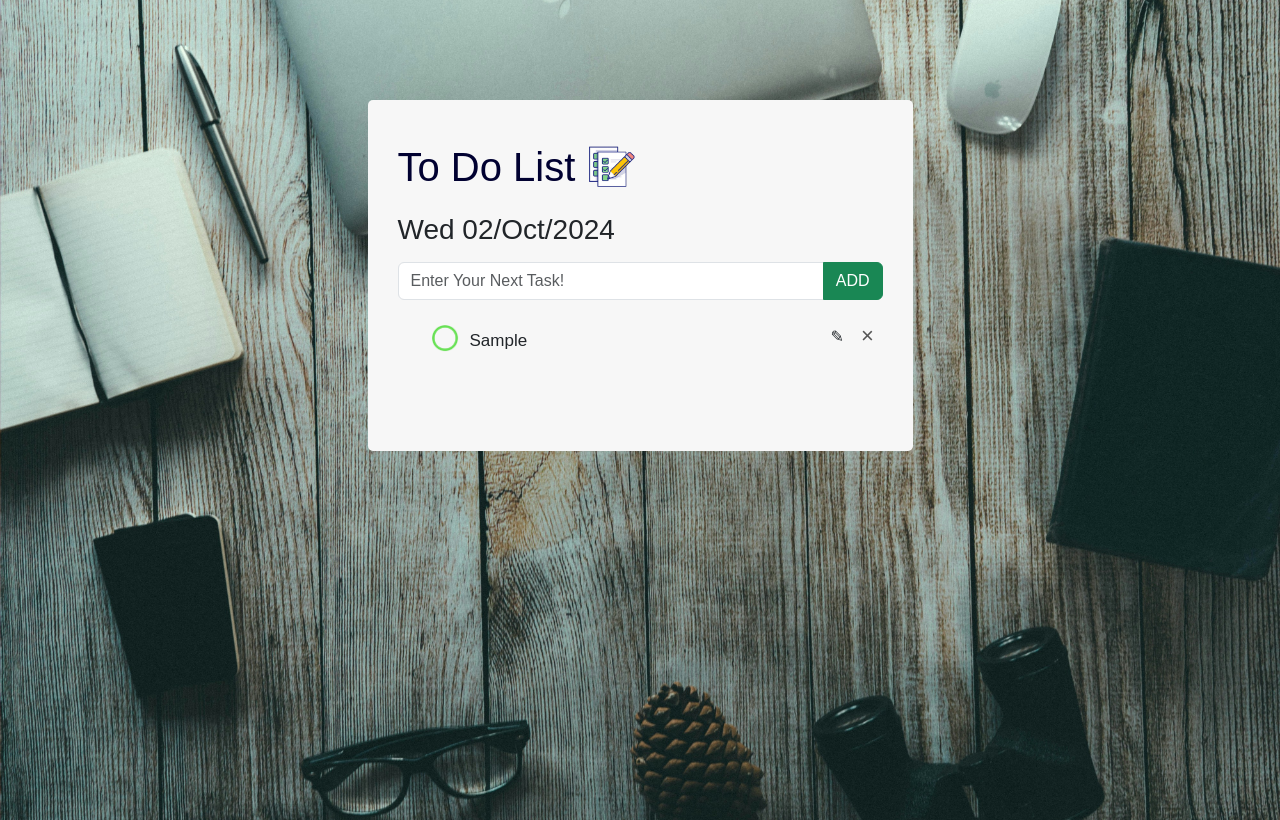
Repository: zeinawady/To_Do_List
Page: index.html
An editor plug-in stored every save of this project. The page is shown before and after the next save, followed by the edit.
The browser window is 1280 px wide. The pictures show the whole page.
Empty fields were first filled with sample values (such as "Sample", 5 or name@example.com).
After loading, the first visible `button.btn` was clicked once.

Above is the page before, as saved 2024-10-02 02:31:08.

### index.html
<!DOCTYPE html>
<html lang="en">

<head>
    <meta charset="UTF-8">
    <meta name="viewport" content="width=device-width, initial-scale=1.0">
    <title>To Do list</title>
    <link href="https://cdn.jsdelivr.net/npm/bootstrap@5.3.3/dist/css/bootstrap.min.css" rel="stylesheet" integrity="sha384-QWTKZyjpPEjISv5WaRU9OFeRpok6YctnYmDr5pNlyT2bRjXh0JMhjY6hW+ALEwIH" crossorigin="anonymous">
    <link rel="stylesheet" href="css/style.css">
</head>

<body>

    <div class="container">
        <div class="todo-app">
            <h1>To Do List <img src="images/todolistpng.png" alt="to-do-list" class="logo"></h1>
           <h3 id="date"></h3>
            <div class="input-group mb-3">
                <input type="text"  class="form-control" id="input-box" placeholder="Enter Your Next Task!" aria-label="Enter Your Next Task!" aria-describedby="button">
                <button class="btn btn-success" onclick="addTask()">ADD</button>

            </div>
            <ul id="list-container">
                <!-- <li class="checked">Task 0</li>
                <li>Task 1</li> -->
            </ul>
        </div>


    </div>
    <script src="https://cdn.jsdelivr.net/npm/bootstrap@5.3.3/dist/js/bootstrap.bundle.min.js" integrity="sha384-YvpcrYf0tY3lHB60NNkmXc5s9fDVZLESaAA55NDzOxhy9GkcIdslK1eN7N6jIeHz" crossorigin="anonymous"></script>
    <script src="script.js"></script>
</body>

</html>

### css/style.css
* {
    margin: 0;
    padding: 0;
    box-sizing: border-box;
    font-family: Arial, Helvetica, sans-serif;
}

:root {
    --font-color: rgb(1, 1, 49);
}

li {
    list-style: none;
}
body{
    background-image: url(../images/background3.jpg);
    background-position: center;
    background-size: cover;
    background-repeat: no-repeat;
    height: 100vh;
}


.todo-app {

    max-width: 545px;
    background-color: rgb(247, 247, 247);
    margin: 100px auto;
    padding: 40px 30px 70px;
    border-radius: 5px;
    transition: 0.5s;
}

.todo-app:hover {
    box-shadow: 4px 5px rgb(114, 114, 114);

}

.todo-app h1 {
    color: var(--font-color);
    display: flex;
    align-items: center;
    margin-bottom: 20px;

}
#date{
    margin-bottom: 15px;
}

.logo {
    width: 53px;
    margin-left: 10px;
}

.form {
    background-color: #efe2e2;
    border-radius: 10px;
}


ul li {
    position: relative;
    font-size: 17px;
    padding: 12px 2px 12px 40px;
    user-select: none;
    cursor: pointer;
}

ul li::before {
    content: '';
    position: absolute;
    height: 28px;
    width: 28px;
    border-radius: 50%;
    background-image: url(../images/unchecked.png);
    background-size: cover;
    background-position: center;
    left: 1px;
    top: 8px;
}

ul li.checked {
    color: #555;
    text-decoration: line-through;

}

ul li.checked::before {
    color: #666;
    background-image: url(../images/checked.png);
}

ul li span {
    position: absolute;
    right: 0;
    top: 5px;
    width: 30px;
    height: 30px;
    font-size: 22px;
    color: #555;
    line-height: 30px;
    text-align: center;
    border-radius: 50%;
    /* border: solid; */
    transition: 0.2s;
}

ul li span:hover {
    background-color: #e8e6e6;
}
ul li button{
    position: absolute;
    right: 35px;
    top: 2px;
    width: 30px;
    height: 30px;
    text-align: center;
    cursor: pointer;
    border: none;
    outline: none;
    background-color: #06d6a0;
    border-radius: 50%;
    color: rgb(255, 255, 255);
    transition: 0.3s;
    font-size: 20px;
}

### script.js
let listContainer = document.getElementById("list-container");
let inputBox = document.getElementById("input-box");
let currentDate= document.getElementById("date");
function addTask() {
    if (inputBox.value === '') {
        alert("No Task Added!");
    }
    else {
        let li = document.createElement("li");
        li.innerHTML = inputBox.value;
        listContainer.appendChild(li);
        let xSign = document.createElement("span");
        xSign.innerHTML = '\u00d7';  // x sign code
        li.appendChild(xSign);

        let editBtn = document.createElement("button");
        editBtn.innerHTML="\u270E";
        editBtn.classList.add('btn')

        li.appendChild(editBtn);
    }
    inputBox.value = "";  //so that input text become empty again
    saveTask();

}

inputBox.addEventListener("keydown", function (e) {
    if (e.key === "Enter") {
        e.preventDefault();
        addTask();
    }
});

listContainer.addEventListener("click", function (e) {
    //e is the event object contains info about event & target element that was clicked.
    if (e.target.tagName === "LI") {
        e.target.classList.toggle("checked");
        saveTask();
    }
    else if (e.target.tagName === "SPAN") {
        e.target.parentElement.remove();
        saveTask();

    }
    else if(e.target.tagName==="BUTTON"){
        let li=e.target.parentElement;
        let currentTask=li.firstChild.textContent;
        let newTask=prompt("Edit Your Task: " , currentTask);
        li.firstChild.textContent=newTask;
    }
})

function saveTask() {
    localStorage.setItem("Task", listContainer.innerHTML);
}
function showTask() {
    listContainer.innerHTML = localStorage.getItem("Task");
}
showTask();

function displayDate(){
    let date=new Date();
    date=date.toString().split(" ");
    currentDate.innerHTML=date[0]+" "+ date[2]+'/'+ date[1] +'/'+ date[3];
    console.log();
}
window.onload=displayDate();

After the next save:
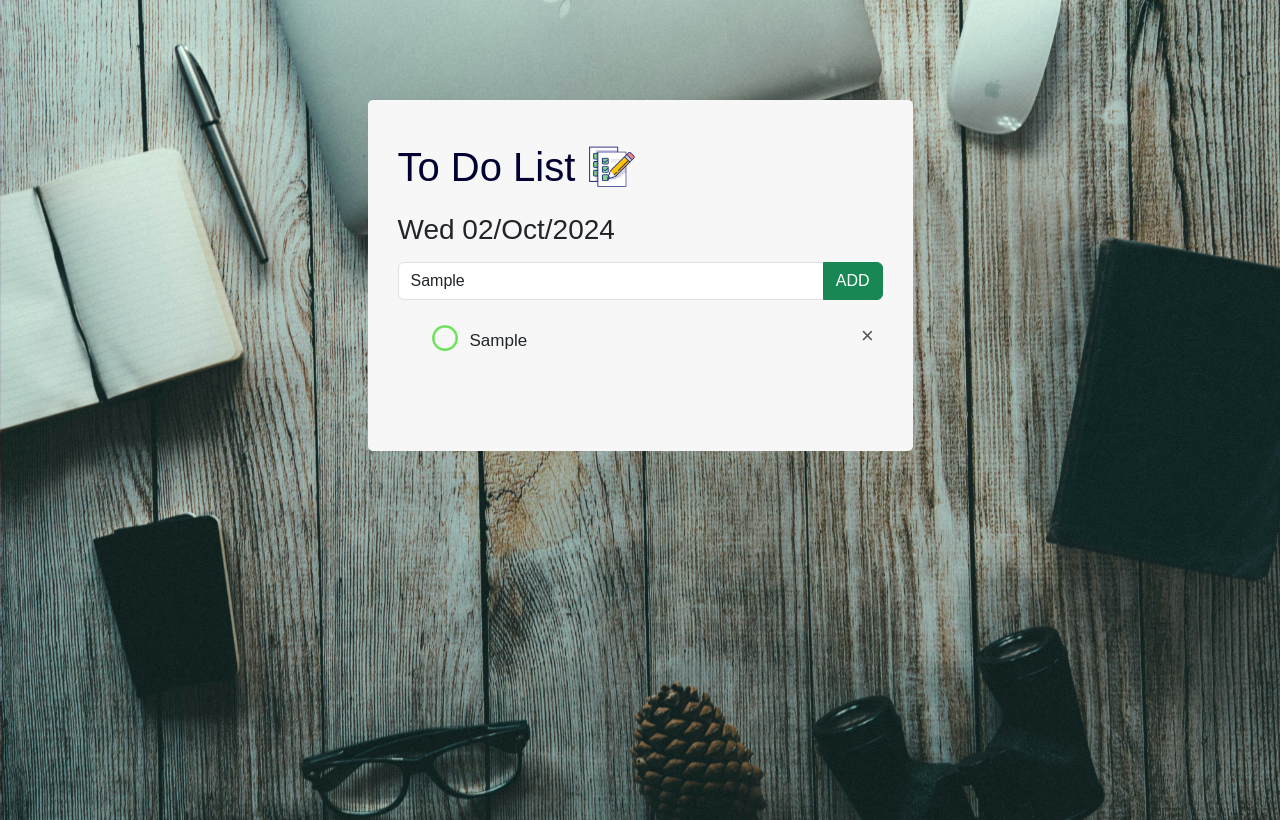
Console error (its wording comes from the project's code and is left out).
Saved 4 s later.
--- a/script.js
+++ b/script.js
@@ -15,7 +15,7 @@
 
         let editBtn = document.createElement("button");
         editBtn.innerHTML="\u270E";
-        editBtn.classList.add('btn')
+        editBtn.classList.add('btn btn-success')
 
         li.appendChild(editBtn);
     }

After the 2 saves that followed:
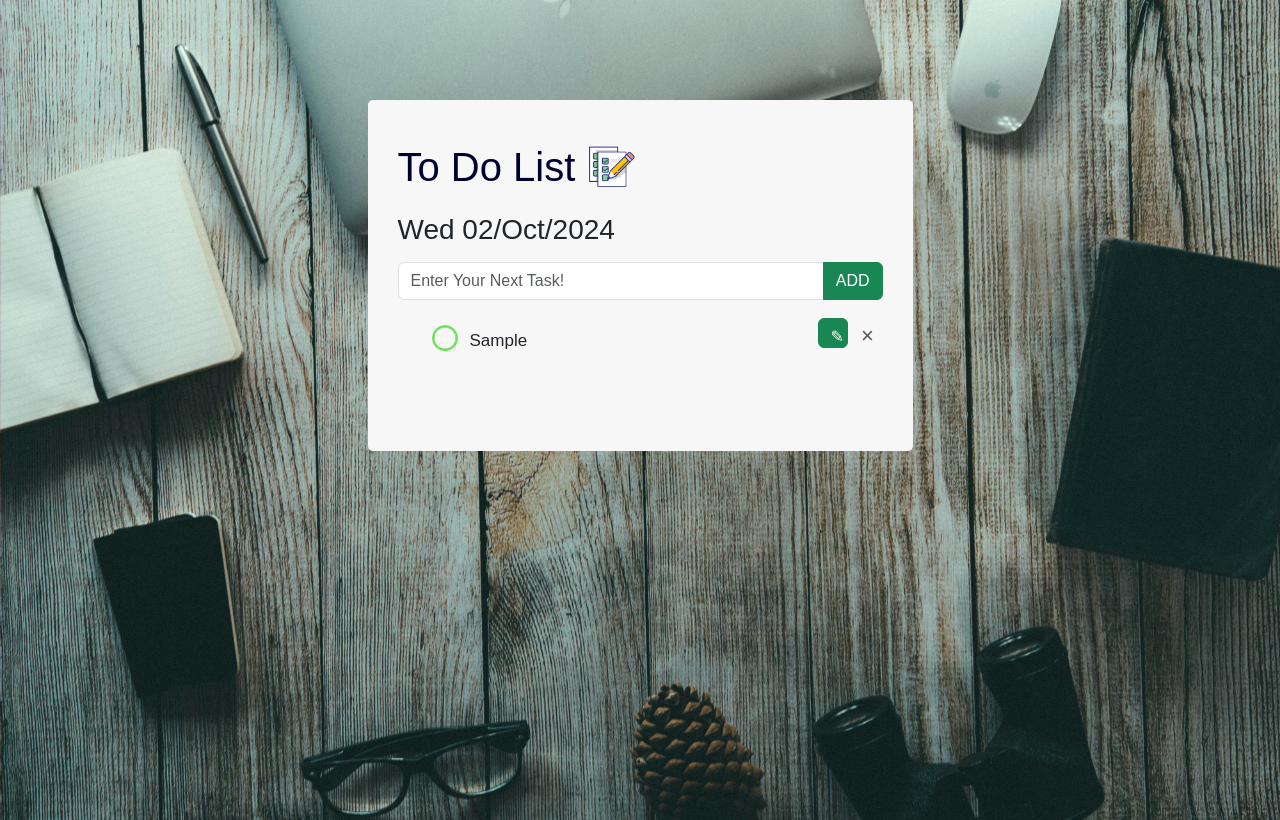
The error is gone.
The 2 saves are shown as one change because 1 left the picture as it was.
The last was saved 63 s later.
--- a/script.js
+++ b/script.js
@@ -15,7 +15,7 @@
 
         let editBtn = document.createElement("button");
         editBtn.innerHTML="\u270E";
-        editBtn.classList.add('btn btn-success')
+        editBtn.classList.add('btn', 'btn-success');
 
         li.appendChild(editBtn);
     }
